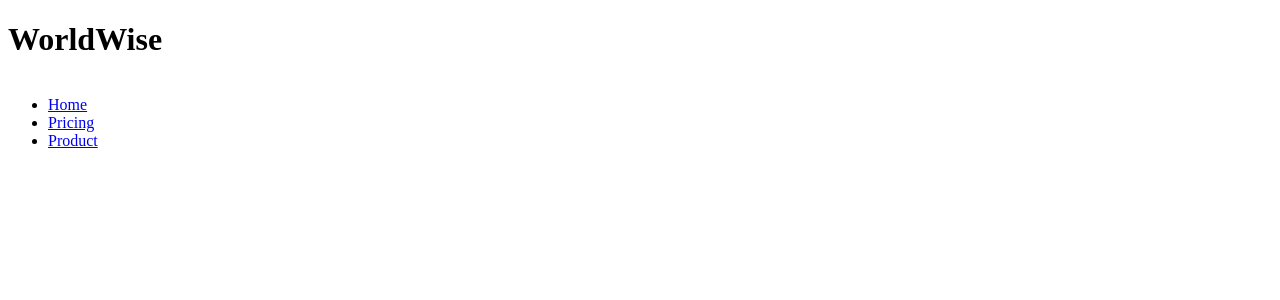
Repository: pmcalmeida/worldwise
Page: /
An editor plug-in stored every save of this project. The page is shown before and after the next save, followed by the edit.
The browser window is 1280 px wide. The pictures show the whole page.
The project was rebuilt for these pictures with package versions that can differ from the ones it lists, and the page was loaded fresh each time. Also part of the build but not shown: vite.config.js, src/pages/Product.jsx, src/pages/Pricing.jsx, src/pages/PageNotFound.jsx.

Above is the page before, as saved 2024-07-17 16:03:57.

### src/App.jsx
import { BrowserRouter, Route, Routes } from "react-router-dom";
import Product from "./pages/Product";
import Pricing from "./pages/Pricing";
import Home from "./pages/Home";
import PageNotFound from "./pages/PageNotFound";

function App() {
  return (
    <BrowserRouter>
        <Routes>
          <Route path="/" element={<Home />}></Route>
          <Route path="product" element={<Product />}></Route>
          <Route path="pricing" element={<Pricing />}></Route>
          <Route path="*" element={<PageNotFound />}></Route>
        </Routes>
      </BrowserRouter>
  )
}

export default App

### src/pages/Home.jsx
import PageNav from "../components/PageNav"

function Home() {
    return (
        <div>
            <h1>WorldWise</h1>
            <PageNav />
        </div>
    )
}

export default Home

### src/components/PageNav.jsx
import { NavLink } from "react-router-dom"
import styles from "./PageNav.module.css";

function PageNav() {
    return (
        <nav className={styles.nav}>
            <ul>
                <li>
                    <NavLink to="/">Home</NavLink>
                </li>
                <li>
                    <NavLink to="/pricing">Pricing</NavLink>
                </li>
                <li>
                    <NavLink to="/product">Product</NavLink>
                </li>
            </ul>
        </nav>
    )
}

export default PageNav

### src/components/PageNav.module.css
.nav {
    display: flex;
    justify-content: space-between;
}

Loaded but not shown: index.html (common file); src/main.jsx (common file)

After the next save:
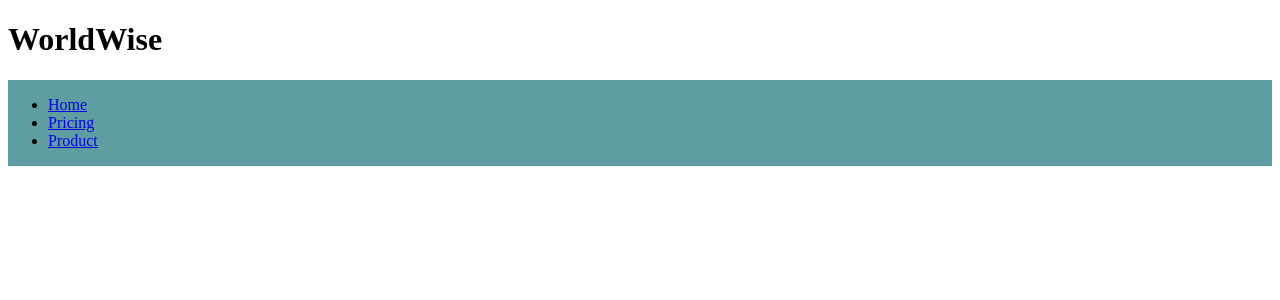
Saved 35 s later.
--- a/src/components/PageNav.module.css
+++ b/src/components/PageNav.module.css
@@ -1,4 +1,9 @@
 .nav {
     display: flex;
     justify-content: space-between;
+    background-color: cadetblue;
 }
+
+.nav ul {
+
+}
